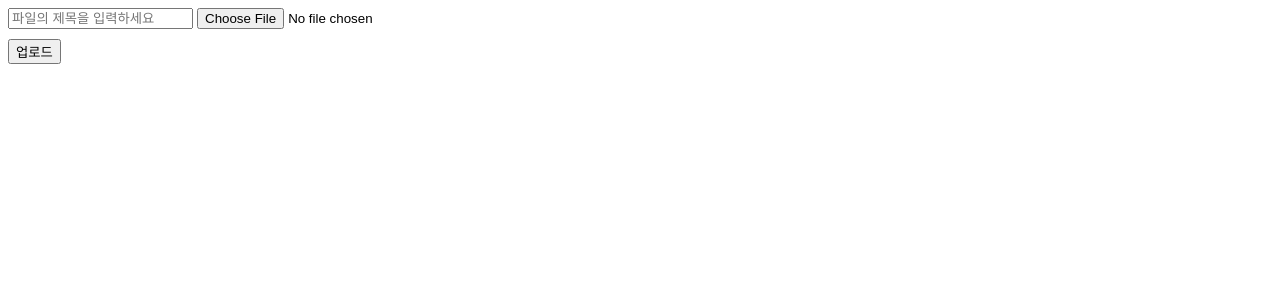
Repository: gudbrwkd98/JavaEE-JSP
Page: BoardApp/WebContent/gallery/send.html
An editor plug-in stored every save of this project. The page is shown before and after the next save, followed by the edit.
The browser window is 1280 px wide. The pictures show the whole page.

Above is the page before, as saved 2020-12-04 02:54:50.

### BoardApp/WebContent/gallery/send.html
<!DOCTYPE html>
<html>
<head>
<meta charset="utf-8">
<title>Insert title here</title>
<style type="text/css">
*{margin-bottom: 10px;}
</style>
<script type="text/javascript">
function send() {
	//서버에 제목및 파일을 전송하자
	//서버에 전송한다는 것은 클라이언트로서 요청한다는 뜻이고
	//흔히 쓰는 요청방법은 2가지
	//업로드시 post get 중 어느것?
	//데이터 량이많아서 post 로
	//post 이용시 form 태그로 감싸줘야 정보전송가능
	form1.action = "/gallery/upload.jsp";
	form1.method = "post"; //바이너리 파일 포함됧 경우 반드시 post 로 전송방식 설정
	form1.submit(); //전송(요청)
}
</script>
</head>
<body>
  <form action="form1" enctype = "multipart/form-data" >
	<input type="text" name="msg" placeholder="파일의 제목을 입력하세요" >
	<input type="file" name="photo"><br>
	<button onClick="send()">업로드</button>
  </form>


</body>
</html>

After the next save:
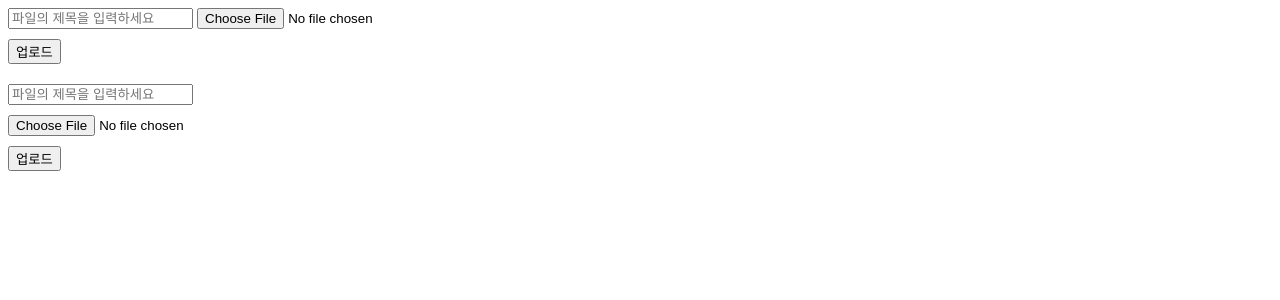
Saved 21 s later.
--- a/BoardApp/WebContent/gallery/send.html
+++ b/BoardApp/WebContent/gallery/send.html
@@ -21,12 +21,16 @@
 </script>
 </head>
 <body>
-  <form action="form1" enctype = "multipart/form-data" >
+  <form name="form1" enctype = "multipart/form-data" >
 	<input type="text" name="msg" placeholder="파일의 제목을 입력하세요" >
-	<input type="file" name="photo"><br>
+	<input type="file" name=""><br>
 	<button onClick="send()">업로드</button>
   </form>
 
-
+  	<form name="form1" enctype="multipart/form-data">
+		<input type="text" name="msg" placeholder="파일의 제목을 입력하세요"><br>
+		<input type="file" name="photo"><br>
+		<button onClick="send()">업로드</button>
+	</form>
 </body>
 </html>

After the save that followed:
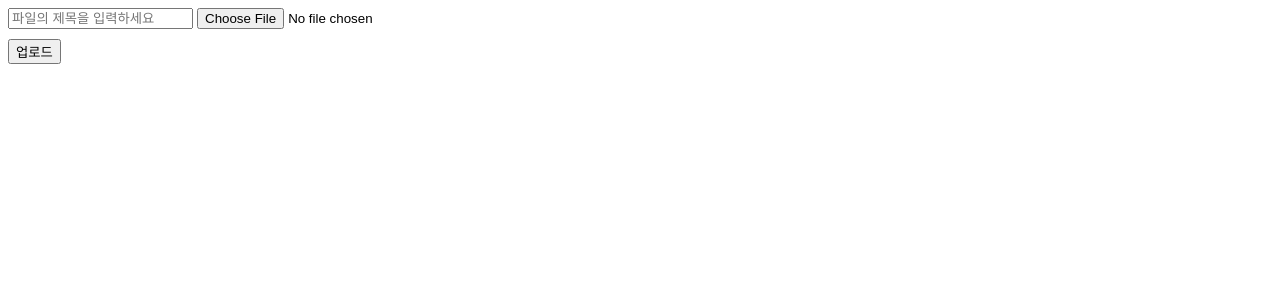
Saved 2 s later.
--- a/BoardApp/WebContent/gallery/send.html
+++ b/BoardApp/WebContent/gallery/send.html
@@ -27,10 +27,6 @@
 	<button onClick="send()">업로드</button>
   </form>
 
-  	<form name="form1" enctype="multipart/form-data">
-		<input type="text" name="msg" placeholder="파일의 제목을 입력하세요"><br>
-		<input type="file" name="photo"><br>
-		<button onClick="send()">업로드</button>
-	</form>
+
 </body>
 </html>
